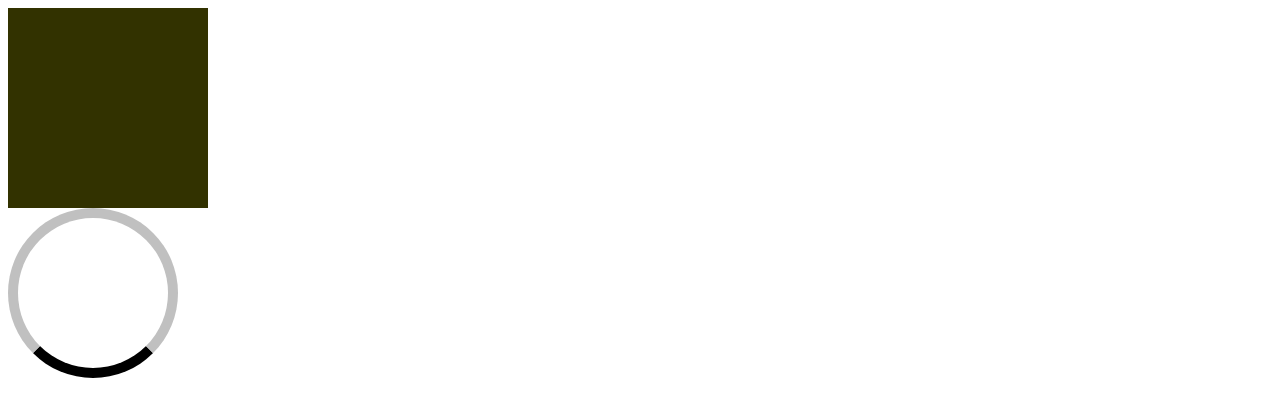
Repository: mariawasilewa-coca-cola/test1
Page: index.html
The author's editor kept a copy of each file at every save. The page is drawn from the files as they stood at one save, then again after the next save.
The browser window is 1280 px wide. The pictures show the whole page.

Above is the page before, as saved 2021-11-04 19:05:11.

### index.html
<!DOCTYPE html>
<html>
    <head>
        <link rel="stylesheet" href="style.css"/>
    </head>
    <body>

        <div class="animation">

        </div>

        <div class="loading"></div>
    </body>
</html>

### style.css
.animation {
    width: 200px;
    height: 200px;
    background-color: red;
    /* animation-name: change-bg-color;
    animation-duration: 4s;
    animation-fill-mode: forwards;
    animation-iteration-count: 3;
    animation-delay: 2s; */

    animation: change-bg-color 4s forwards 3 2s;
}

@keyframes change-bg-color {
    0% {
        background-color: red;
    }

    30% {
        background-color: green;
    }

    50% {
        background-color: yellow;
    }

    100% {
        background-color: black;
    }
}

.loading {
    width: 150px;
    height: 150px;
    border-radius: 50%;
    border-top: 10px solid silver;
    border-left: 10px solid silver;
    border-right: 10px solid silver;
    border-bottom: 10px solid black;
}

@keyframes loading {
    from {
        transform: rotate(0deg);
    }

    to {
        transform: rotate(360deg);
    }
}

After the next save:
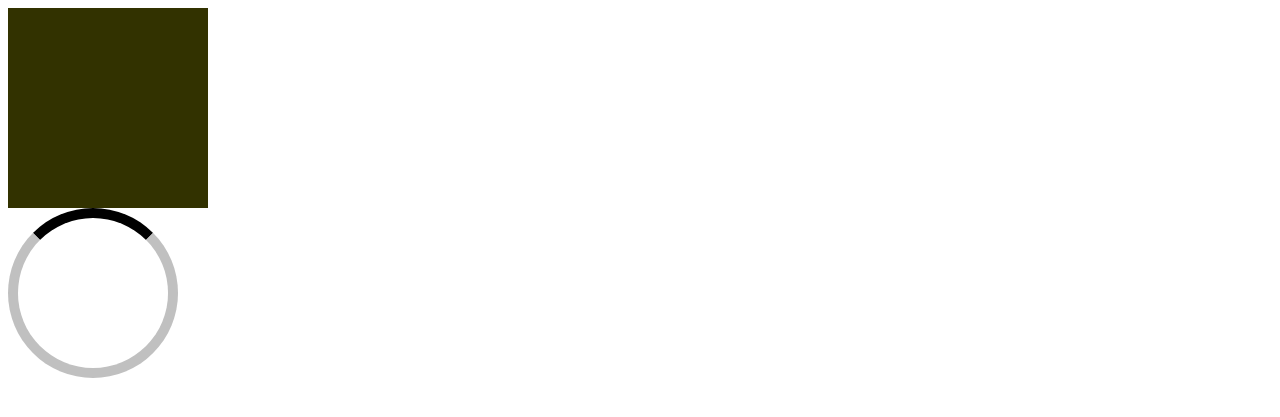
Saved 92 s later.
--- a/style.css
+++ b/style.css
@@ -37,6 +37,8 @@
     border-left: 10px solid silver;
     border-right: 10px solid silver;
     border-bottom: 10px solid black;
+
+    animation: loading 2s infinite linear;
 }
 
 @keyframes loading {

After the save that followed:
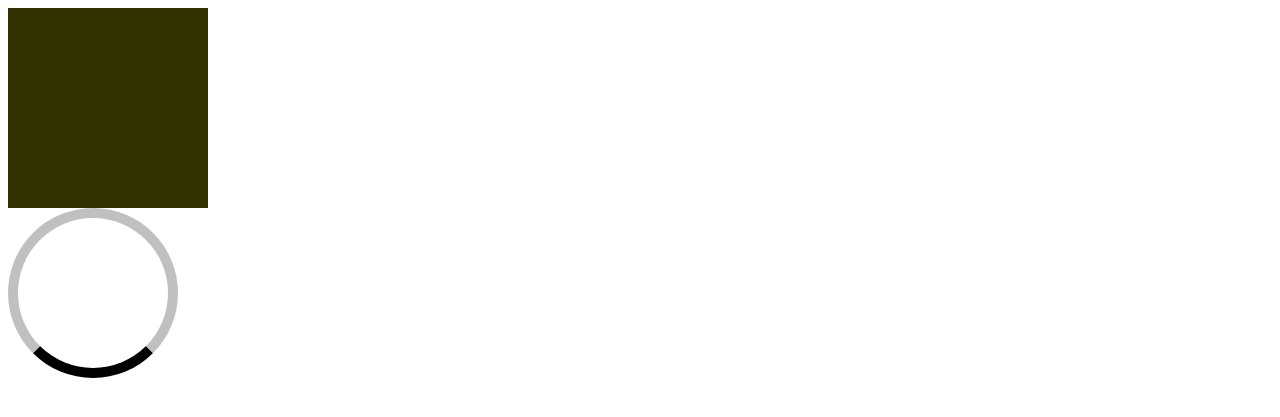
Saved 34 s later.
--- a/style.css
+++ b/style.css
@@ -38,7 +38,7 @@
     border-right: 10px solid silver;
     border-bottom: 10px solid black;
 
-    animation: loading 2s infinite linear;
+    animation: loading .5s infinite linear;
 }
 
 @keyframes loading {
